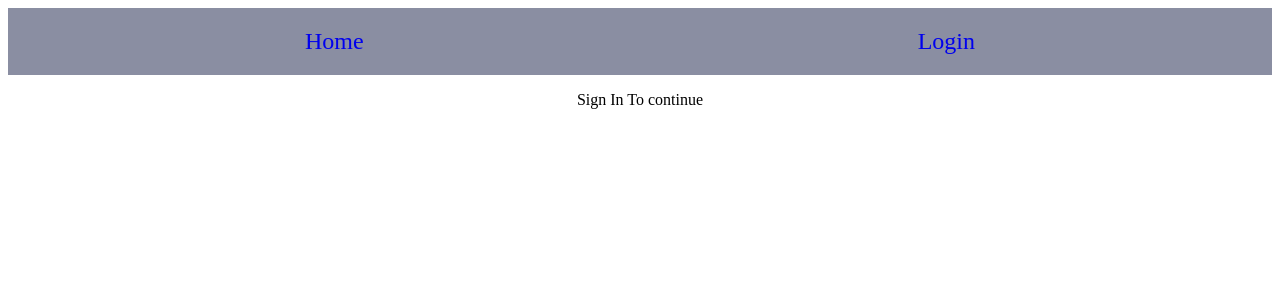
Repository: albinsabu2023/postapp
Page: /login
The author's editor kept a copy of each file at every save. The page is drawn from the files as they stood at one save, then again after the next save.
The browser window is 1280 px wide. The pictures show the whole page.
The project was rebuilt for these pictures with package versions that can differ from the ones it lists, and the page was loaded fresh each time. Also part of the build but not shown: src/Components/Home.tsx.

Above is the page before, as saved 2024-02-05 00:11:26.

### src/App.tsx
import  {BrowserRouter as Router,Routes,Route} from "react-router-dom"
import './App.css';
import Home from "./Components/Home";
import Login from "./Components/Login";
import Navbar from "./Components/Navbar";


function App() {
  return (
    <div className="App">
      <Router>
         <Navbar/>
        <Routes>
          <Route path ="/" element={<Home/>}/>
          <Route path="/login" element={<Login/>}/>
        </Routes>
      </Router>
    </div>
  );
}

export default App;

### src/Components/Login.tsx
import React from 'react'

function Login() {
  return (
    <div>
        <p>Sign In To continue</p>
    </div>
  )
}

export default Login

### src/Components/Navbar.tsx
import React from 'react'
import { Link } from 'react-router-dom'
import  "./Navbar.css"
function Navbar() {
  return (
    <div className="navContainer">
        <Link to ="/">Home</Link>
        <Link to ="Login">Login</Link>
    </div>
  )
}

export default Navbar

### src/Components/Navbar.css
.navContainer{
    display: flex;
    align-items: center;
    justify-content: space-around;
    background-color: rgb(138, 142, 162);
    padding: 20px;



}
.navContainer :link{
    text-decoration:none;
    text-decoration-color: rgb(128, 127, 127);
    font-size: x-large;

}

Loaded but not shown: public/index.html (common file); src/index.tsx (common file); src/App.css (common file)

After the next save:
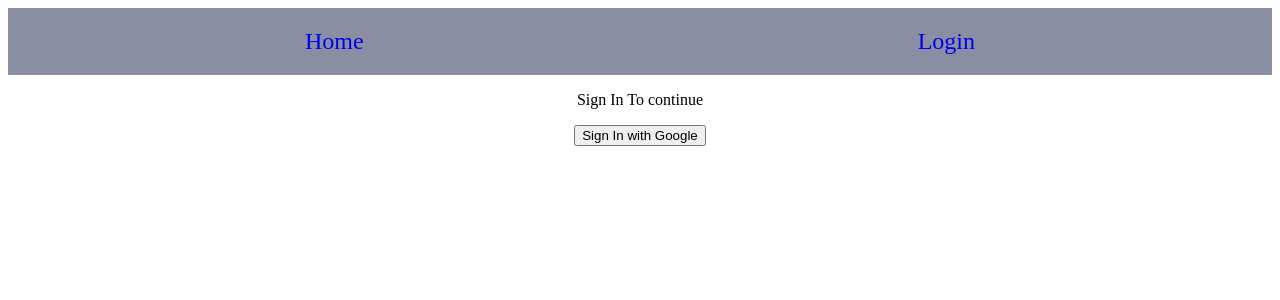
Saved 14 s later.
--- a/src/Components/Login.tsx
+++ b/src/Components/Login.tsx
@@ -4,6 +4,7 @@ function Login() {
   return (
     <div>
         <p>Sign In To continue</p>
+        <button>Sign In with Google</button>
     </div>
   )
 }
